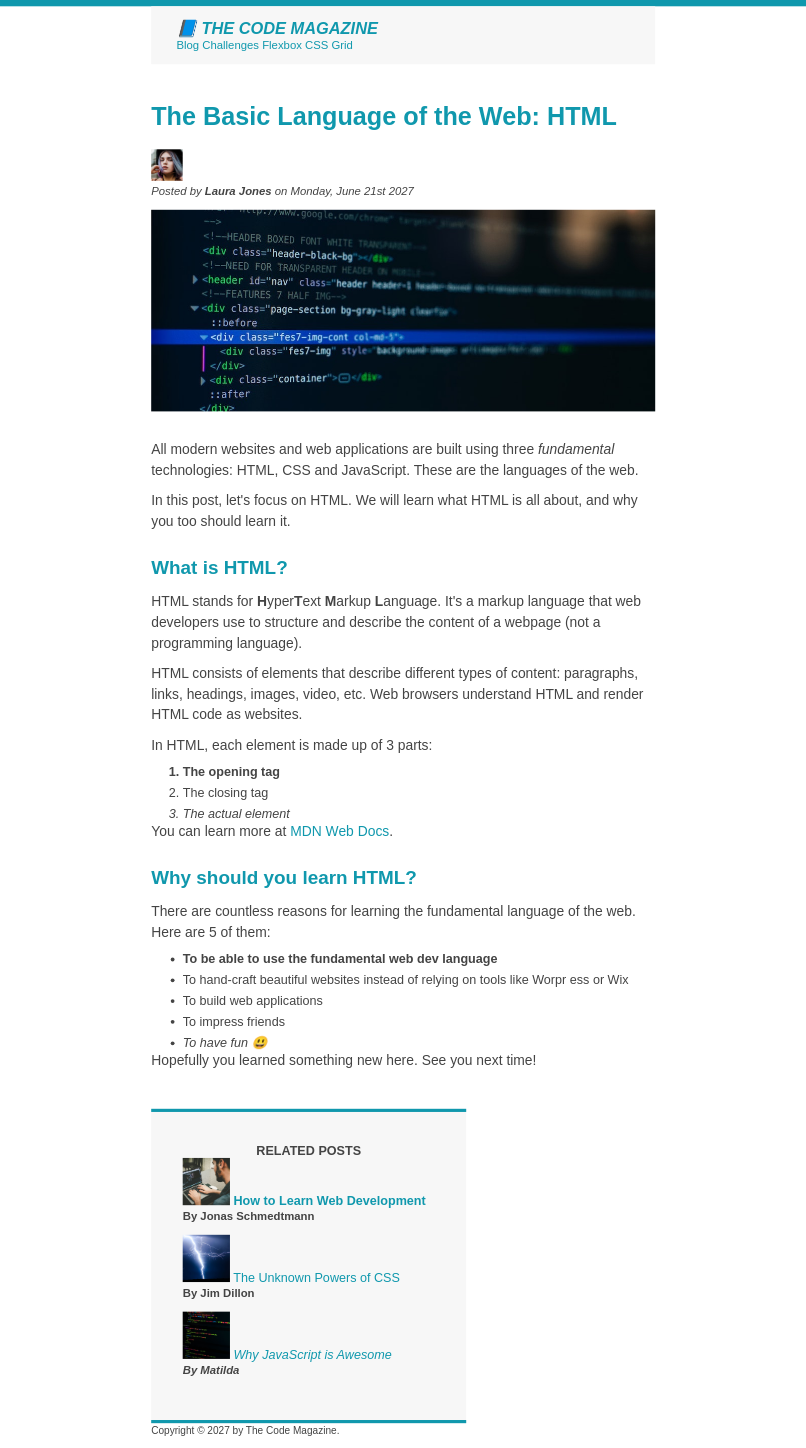
Repository: sunny070/CSS
Page: #1/index.html
The author's editor kept a copy of each file at every save. The page is drawn from the files as they stood at one save, then again after the next save.
The browser window is 1280 px wide. The pictures show the whole page, at 63% of full size.

Above is the page before, as saved 2023-11-06 10:48:41.

After the next save:
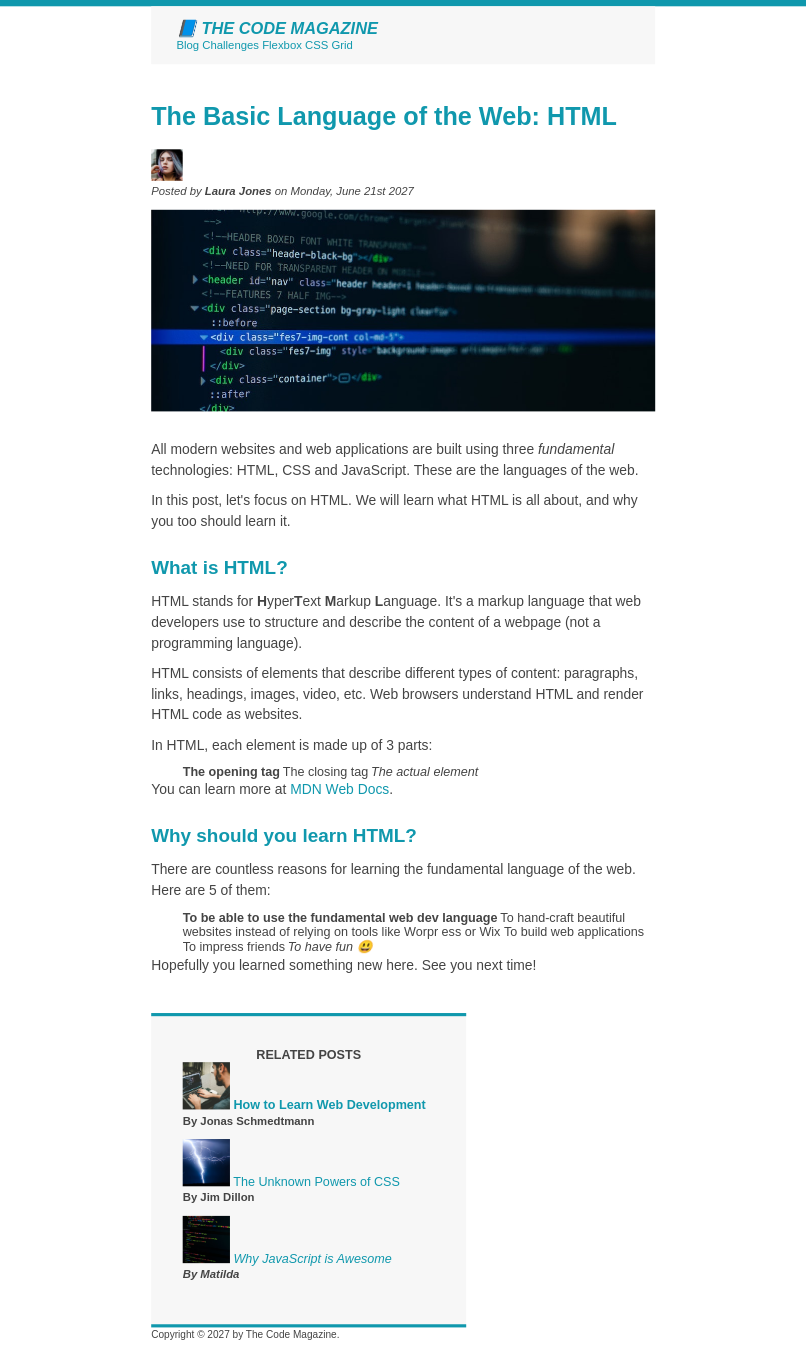
Saved 6 s later.
--- a/#1/style.css
+++ b/#1/style.css
@@ -92,7 +92,7 @@ ul,ol{
     margin-left:50px;
 }
 li{
-    display: ;
+    display:inline ;
     font-size: 20px;
     margin-bottom:10px ;
 }
